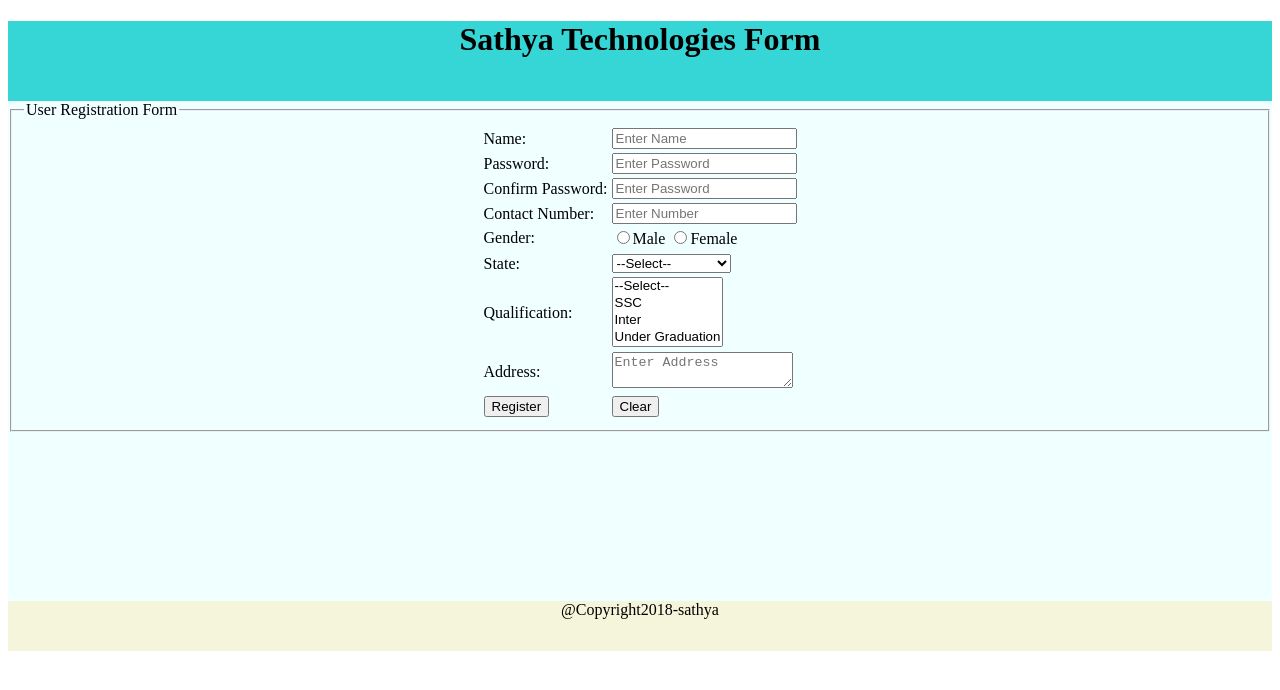
Repository: salman-68/spring-mvc
Page: http://localhost/Reg
The author's editor kept a copy of each file at every save. The page is drawn from the files as they stood at one save, then again after the next save.
The browser window is 1280 px wide. The pictures show the whole page.
The page is this project's Thymeleaf template; nobody is signed in. The template is opened directly, without the code that normally fills it, so the values that code supplies are empty.

Above is the page before, as saved 2024-12-21 17:55:44.

After the next save:
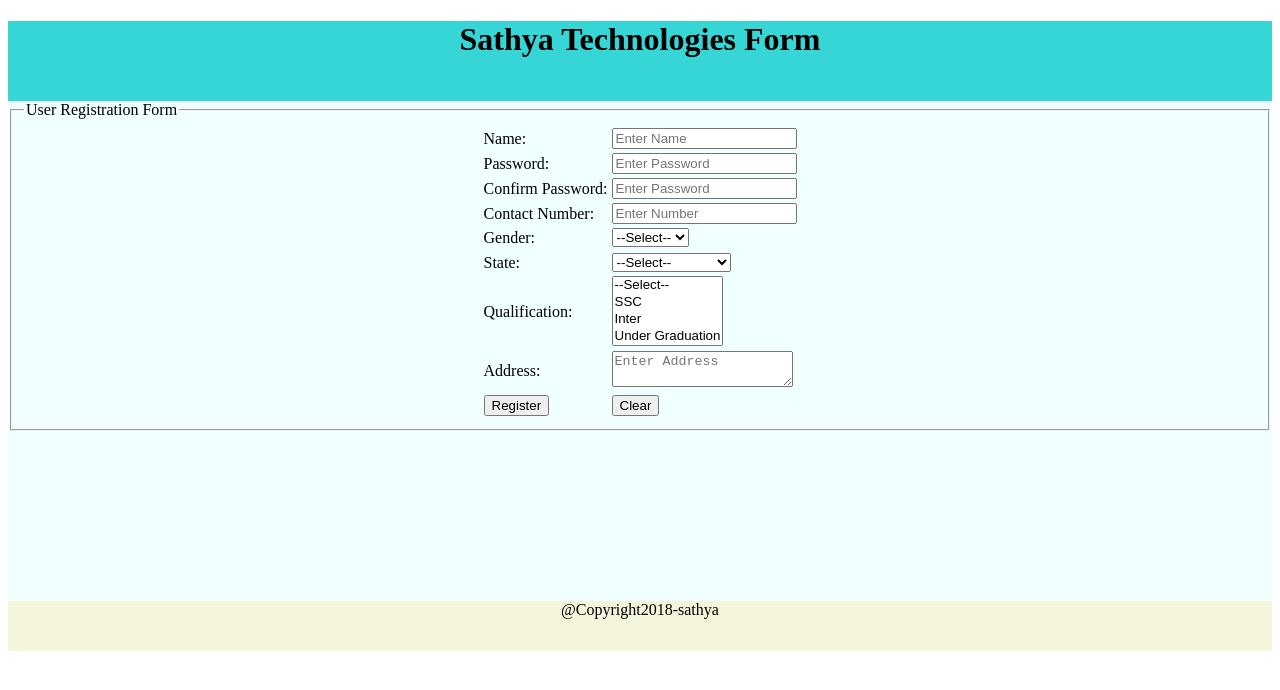
Saved 22 h 59 min later.
--- a/Project4/src/main/resources/templates/Reg.html
+++ b/Project4/src/main/resources/templates/Reg.html
@@ -72,8 +72,12 @@
                 </tr>
                 <tr>
                     <td>Gender:</td>
-                    <td><input type="radio" name="gender">Male
-                        <input type="radio" name="gender">Female
+                    <td><select name="gender">
+                    <option>--Select--</option>
+                    <option>Male</option>
+                    <option>Female</option>
+                    <option>Others</option>
+                    </select>
                     </td>
                 </tr>
                 <tr>
